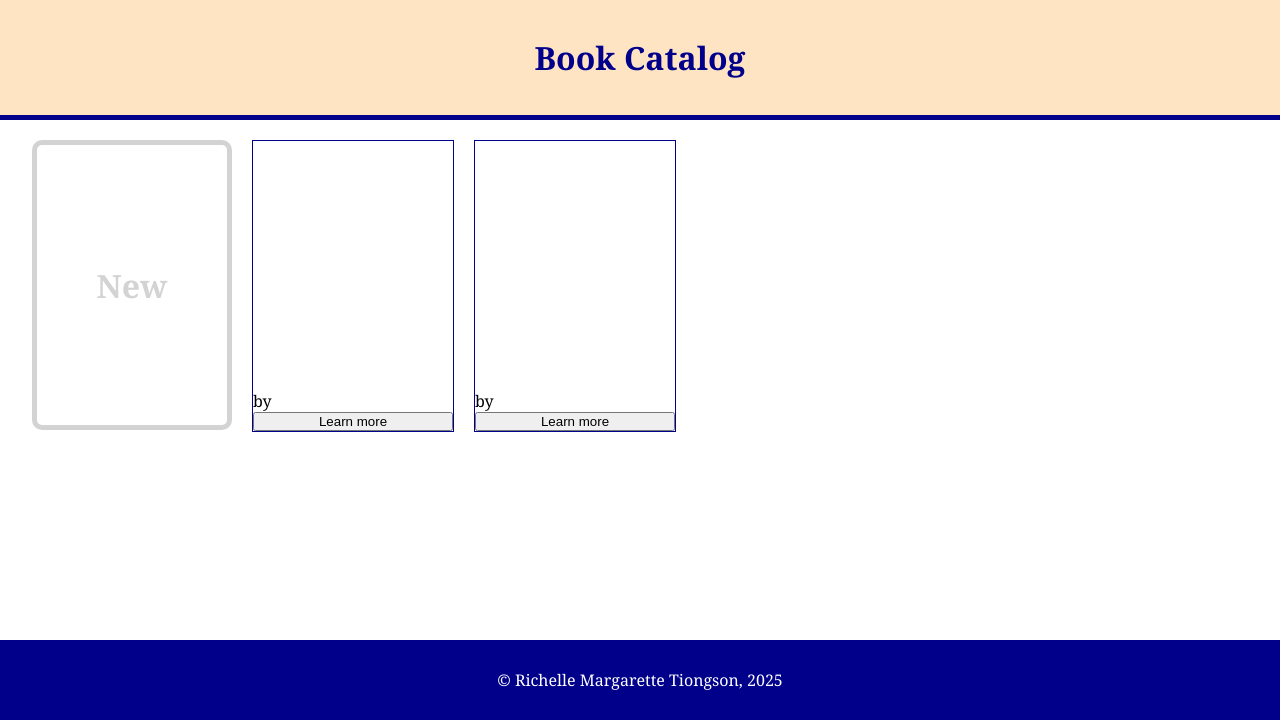
Repository: richelletiongson/comp3170_lab01
Page: /
The author's editor kept a copy of each file at every save. The page is drawn from the files as they stood at one save, then again after the next save.
The browser window is 1280 px wide. The pictures show the whole page.
The project was rebuilt for these pictures with package versions that can differ from the ones it lists, and the page was loaded fresh each time. Also part of the build but not shown: vite.config.js.

Above is the page before, as saved 2025-09-14 00:34:48.

After the next save:
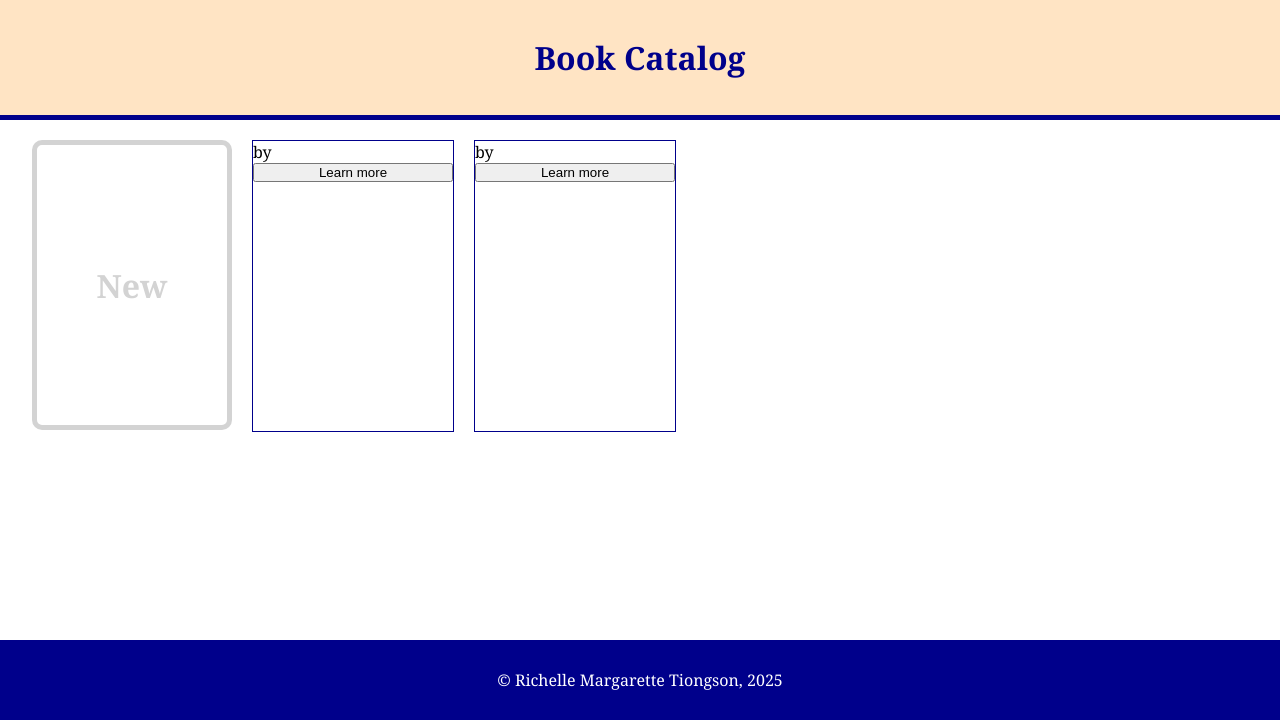
Saved 12 s later.
--- a/src/index.css
+++ b/src/index.css
@@ -37,7 +37,7 @@
 .book {
   display: flex;
   flex-direction: column;
-  justify-content: end;
+
   border: solid 1px darkblue;
   height:290px;
   width:200px;

After the save that followed:
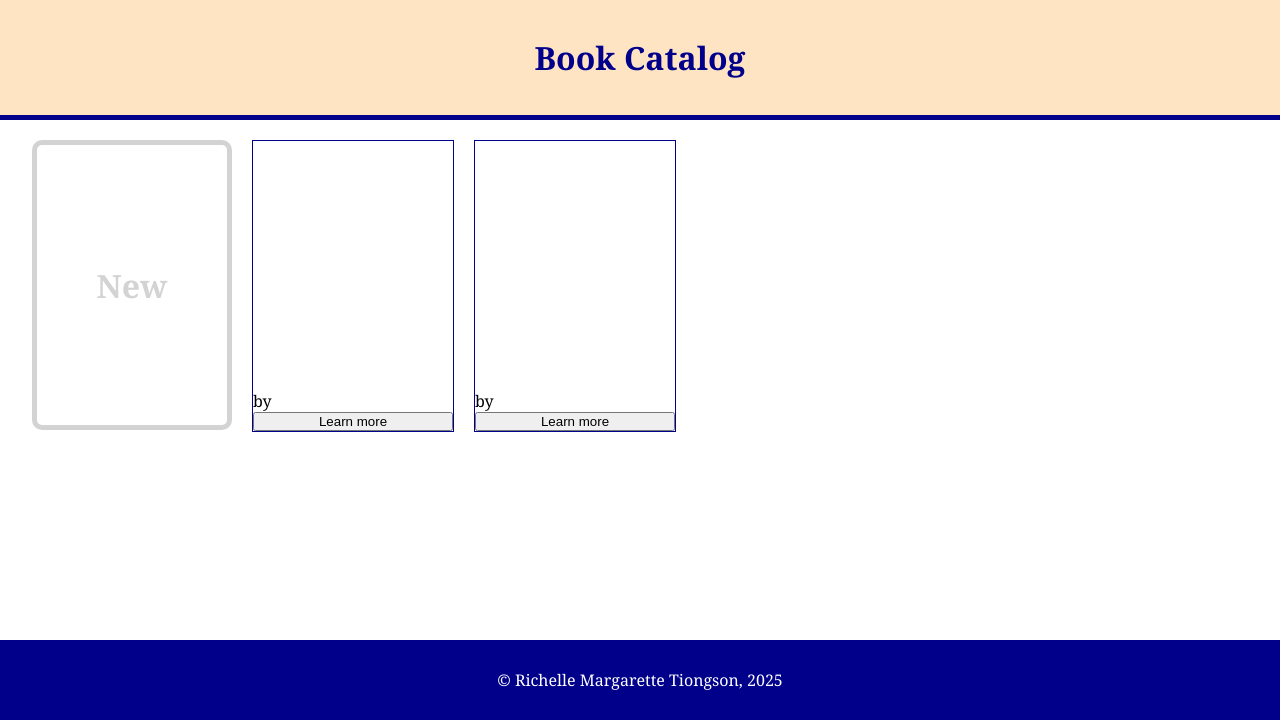
Saved 11 s later.
--- a/src/index.css
+++ b/src/index.css
@@ -37,7 +37,7 @@
 .book {
   display: flex;
   flex-direction: column;
-
+  justify-content: end;
   border: solid 1px darkblue;
   height:290px;
   width:200px;
